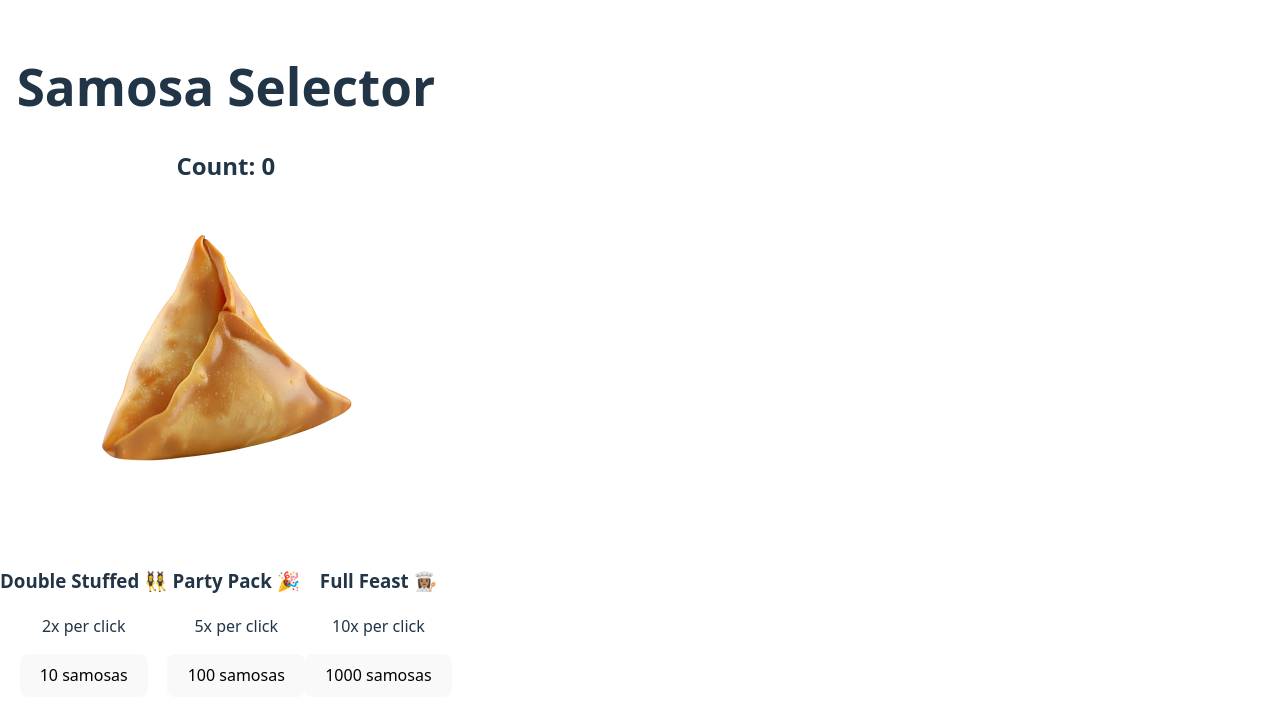
Repository: kvi1/Web102-Labs
Page: / (app in samosa-selector/)
The author's editor kept a copy of each file at every save. The page is drawn from the files as they stood at one save, then again after the next save.
The browser window is 1280 px wide. The pictures show the whole page.
The project was rebuilt for these pictures with package versions that can differ from the ones it lists, and the page was loaded fresh each time. Also part of the build but not shown: samosa-selector/vite.config.js.

Above is the page before, as saved 2025-03-01 14:17:41.

### samosa-selector/src/App.jsx
import './App.css';
import React, {useState} from 'react'
import samosa from './samosa.png'

const App = () => {
  const [count, setCount] = useState(0);
  const [multiplier, setMultiplier] = useState(1);

  const updateCount = () =>{
    setCount(count + multiplier);
  }
  return(
    <div className = "App">
      <div className = "header">
        <h1>Samosa Selector</h1>
        <h2>Count: {count}</h2>
        <img className = "samosa" src = {samosa} onClick = {updateCount}></img>
      </div>
      <div className = "container">
        <div className = "upgrade">
          <h3>Double Stuffed 👯‍♀️</h3>
          <p>2x per click</p>
          <button>10 samosas</button>
        </div>

        <div className = "upgrade">
          <h3>Party Pack 🎉</h3>
          <p>5x per click</p>
          <button>100 samosas</button>
        </div>

        <div className = "upgrade">
          <h3>Full Feast 👩🏽‍🍳</h3>
          <p>10x per click</p>
          <button>1000 samosas</button>
        </div>

      </div>
    </div>
  )
}

export default App

### samosa-selector/src/App.css
.App{
  display:flex;
  flex-direction: column;
  align-items: center;
  justify-content: center;
  text-align: center;
}

.App .samosa{
  height: 15em;
  padding: 1.5em;
  margin: 0 auto;
  text-align: center;
  cursor: pointer;
}

.App .container{
  margin-top: 50px;
  display: flex;
}

Loaded but not shown: samosa-selector/index.html (common file); samosa-selector/src/main.jsx (common file); samosa-selector/src/index.css (common file)

After the next save:
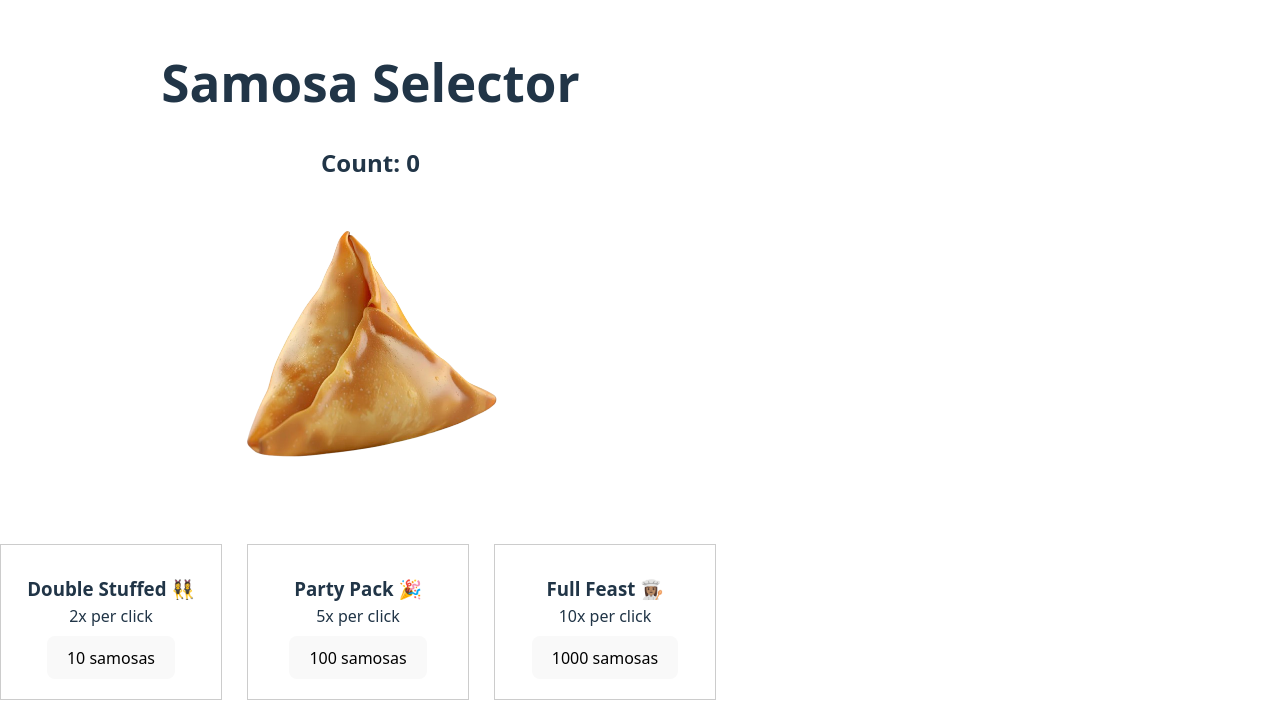
Saved 2 min 0 s later.
--- a/samosa-selector/src/App.css
+++ b/samosa-selector/src/App.css
@@ -17,4 +17,17 @@
 .App .container{
   margin-top: 50px;
   display: flex;
+
 }
+
+.App .container .upgrade{
+  border: 1px solid rgba(153, 153, 153, 0.497);
+  padding-top: 20px;
+  padding-bottom: 20px;
+  padding-left: 10px;
+  padding-right: 10px;
+  margin-right: 25px;
+  width: 200px;
+  line-height: 0.5;
+
+}
